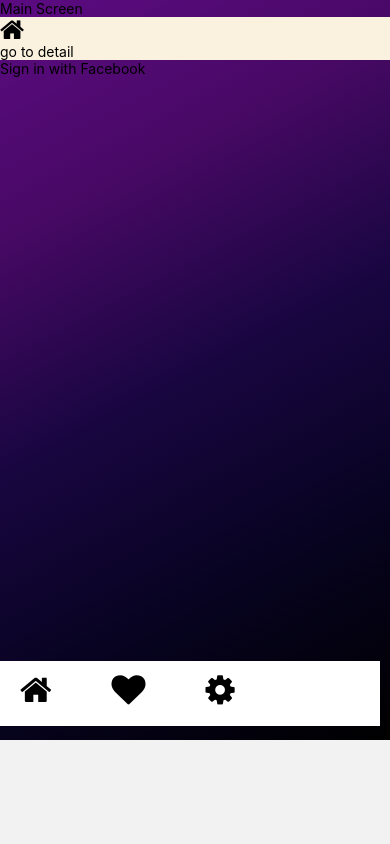
Repository: eyebone/barManager
Screen: /Main
These files come from the project's save history. The screen is drawn as it stood at one moment and after the next save; the edit follows.
The app was drawn by React Native's web renderer in a window 390 px wide. The project was rebuilt for these pictures with package versions that can differ from the ones it lists, and the page was loaded fresh each time. Also part of the build but not shown: components/EmojiPicker.js, components/Button.js, components/ImageViewer.js, components/circleButton.js, components/IconButton.js, view/ViewOne.js, view/Sign.js.

Above is the screen before, as saved 2023-06-27 08:59:44.

After the next save:
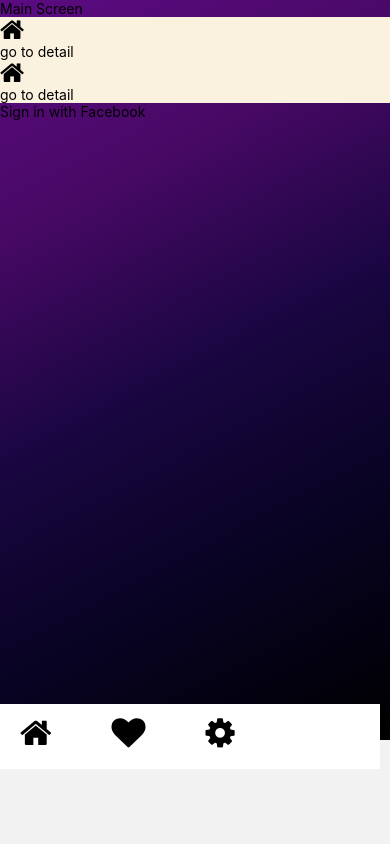
Saved 2 min 6 s later.
--- a/view/Main.js
+++ b/view/Main.js
@@ -32,6 +32,13 @@
         <FontAwesome name="home" size={26} style={{ paddingRight: 8 }} />
         <Text>go to detail</Text>
       </Pressable>
+      <Pressable
+        style={(styles.button, { backgroundColor: "#faf2de" })}
+        onPress={() => navigation.push("Home")}
+      >
+        <FontAwesome name="home" size={26} style={{ paddingRight: 8 }} />
+        <Text>go to detail</Text>
+      </Pressable>
 
       <Text style={styles.buttonText}>Sign in with Facebook</Text>
       <NavigationBar />

After the save that followed:
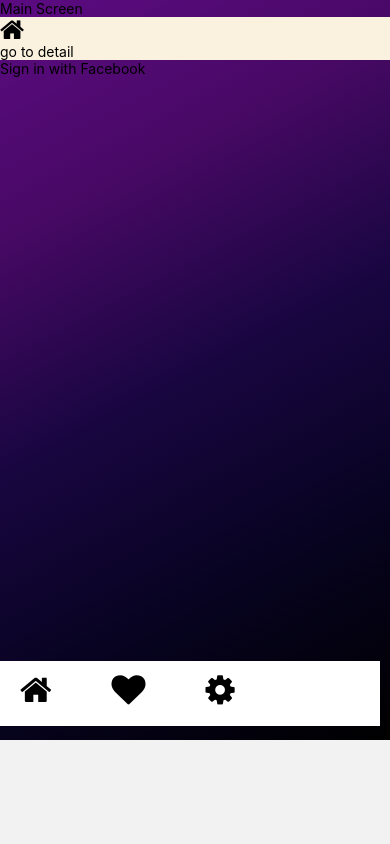
Saved 9 s later.
--- a/view/Main.js
+++ b/view/Main.js
@@ -32,13 +32,7 @@
         <FontAwesome name="home" size={26} style={{ paddingRight: 8 }} />
         <Text>go to detail</Text>
       </Pressable>
-      <Pressable
-        style={(styles.button, { backgroundColor: "#faf2de" })}
-        onPress={() => navigation.push("Home")}
-      >
-        <FontAwesome name="home" size={26} style={{ paddingRight: 8 }} />
-        <Text>go to detail</Text>
-      </Pressable>
+
 
       <Text style={styles.buttonText}>Sign in with Facebook</Text>
       <NavigationBar />
